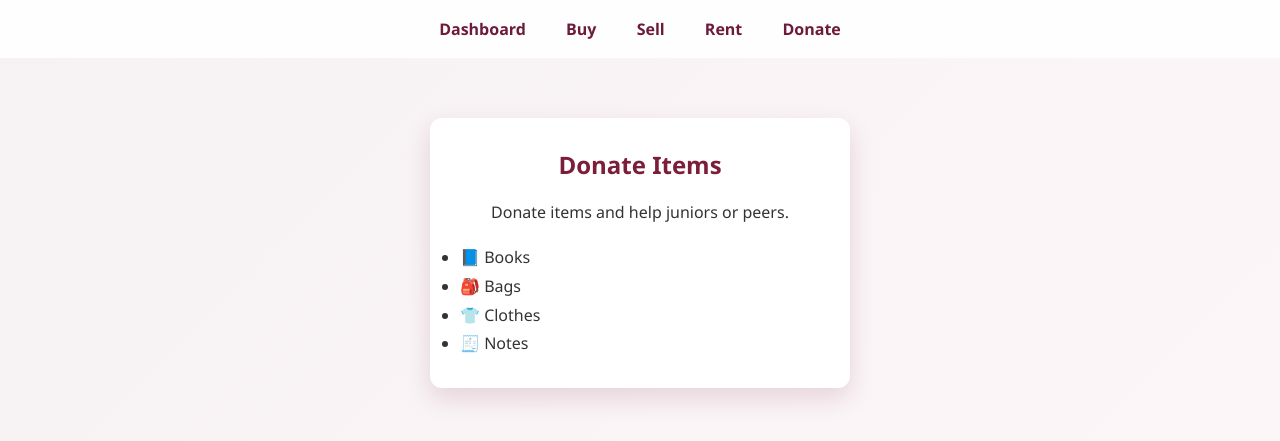
Repository: Sanjaya1822/Campus-Exchange
Page: http://localhost/CampusExchange/donate.jsp
An editor plug-in stored every save of this project. The page is shown before and after the next save, followed by the edit.
The browser window is 1280 px wide. The pictures show the whole page.
The page is served by Tomcat 9. The session is filled in as if someone had signed in: {"userEmail": "test@example.com"}. Queries for data that is not in the repository find no rows.

Above is the page before, as saved 2026-02-01 13:36:13.

After the next save:
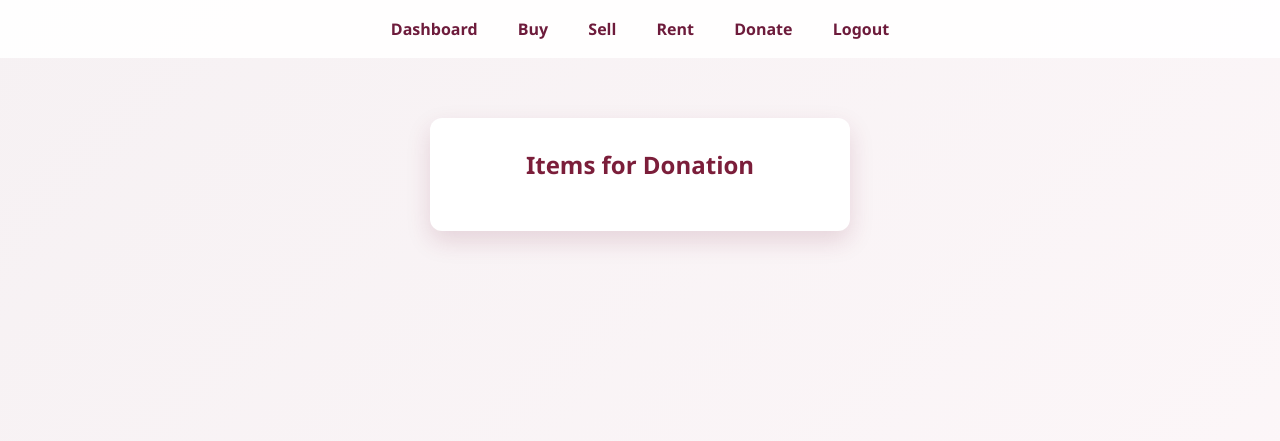
Saved 39 s later.
--- a/CampusExchange/src/main/webapp/donate.jsp
+++ b/CampusExchange/src/main/webapp/donate.jsp
@@ -1,17 +1,18 @@
 <%@ page language="java" contentType="text/html; charset=UTF-8"
          pageEncoding="UTF-8" %>
-
+<%@ page import="java.sql.*" %>
+<%@ page import="com.campusexchange.db.DBConnection" %>
 <%
     if (session == null || session.getAttribute("userEmail") == null) {
         response.sendRedirect("login.jsp");
         return;
     }
 %>
-<%@ page language="java" contentType="text/html; charset=UTF-8" %>
+
 <!DOCTYPE html>
 <html>
 <head>
-    <title>Donate - CampusExchange</title>
+    <title>Donate Items</title>
     <link rel="stylesheet" href="css/style.css">
 </head>
 <body>
@@ -22,20 +23,32 @@
     <a href="sell.jsp">Sell</a>
     <a href="rent.jsp">Rent</a>
     <a href="donate.jsp">Donate</a>
+    <a href="logout">Logout</a>
 </div>
 
 <div class="auth-container">
-    <h2>Donate Items</h2>
-    <p style="text-align:center;">
-        Donate items and help juniors or peers.
-    </p>
+    <h2>Items for Donation</h2>
 
-    <ul style="margin-top:20px; line-height:1.8;">
-        <li>📘 Books</li>
-        <li>🎒 Bags</li>
-        <li>👕 Clothes</li>
-        <li>🧾 Notes</li>
-    </ul>
+    <div class="items-grid">
+    <%
+        Connection con = DBConnection.getConnection();
+        PreparedStatement ps =
+            con.prepareStatement("SELECT * FROM items WHERE category = 'donate' ORDER BY id DESC");
+        ResultSet rs = ps.executeQuery();
+
+        while (rs.next()) {
+    %>
+        <div class="item-card">
+            <img src="uploads/<%= rs.getString("image") %>">
+            <h3><%= rs.getString("title") %></h3>
+            <p><%= rs.getString("description") %></p>
+            <p class="price">Free</p>
+        </div>
+    <%
+        }
+        con.close();
+    %>
+    </div>
 </div>
 
 </body>
